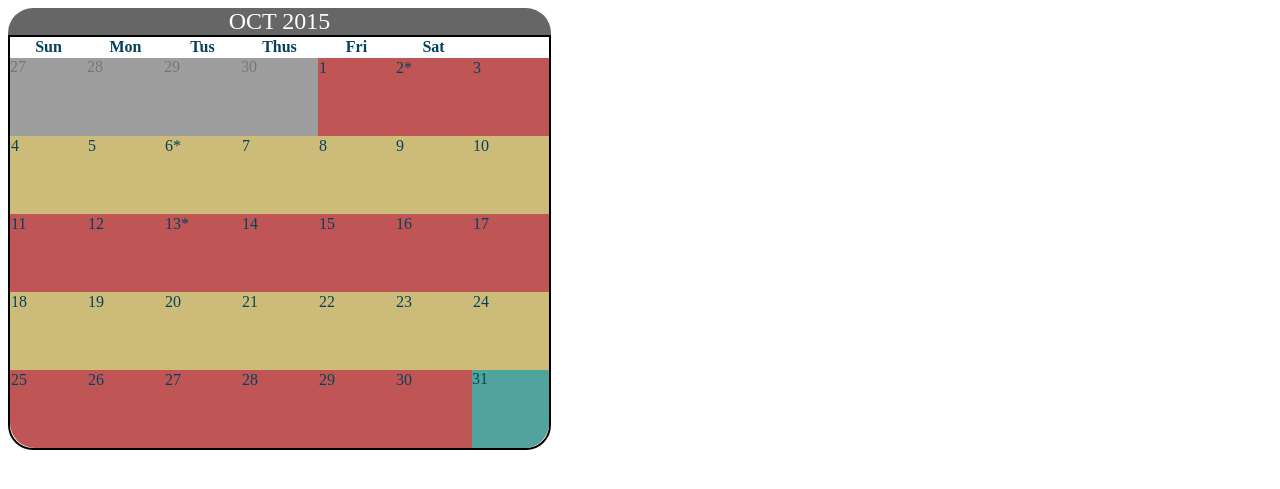
Repository: Tram-anh99/Blockchain_Funix
Page: CSS/lich.html
An editor plug-in stored every save of this project. The page is shown before and after the next save, followed by the edit.
The browser window is 1280 px wide. The pictures show the whole page.
Pictures or frames that could not be fetched are drawn as grey boxes.

Above is the page before, as saved 2023-02-28 01:45:39.

### CSS/lich.html
<!DOCTYPE html>
<html lang="en">
<head>
      <meta charset="UTF-8">
      <meta http-equiv="X-UA-Compatible" content="IE=edge">
      <meta name="viewport" content="width=device-width, initial-scale=1.0">
      <title>Calendar Table</title>
      <link rel="stylesheet" href="lich.css">
</head>
<body>
      <table class="cal"><caption>
            Oct 2015
      </caption>
      <!-- in đậm dòng -->
<thead>
      <!-- Dòng -->
      <tr>
            <th>Sun</th>
            <th>Mon</th>
            <th>Tus</th>
            <th>Thus</th>
            <th>Fri</th>
            <th>Sat</th>
      </tr>
</thead>
<!-- Phần thân -->
<tbody>
      <!-- Dòng -->
      <tr>
            <td class="old">27</td>
            <td class="old">28</td>
            <td class="old">29</td>
            <td class="old">30</td>
            <td>1</td>
            <td>2*<span>Lunch with mom</span></td>
            <td>3</td>
      </tr>
      <tr>
            <td>4</td>
            <td>5</td>
            <td>6*<span>Meet with Dean</span></td>
            <td>7</td>
            <td>8</td>
            <td>9</td>
            <td>10</td>
      </tr>
      <tr>
            <td>11</td>
            <td>12</td>
            <td>13*<span>Library Helper!</span></td>
            <td>14</td>
            <td>15</td>
            <td>16</td>
            <td>17</td>
      </tr>
      <tr>
            <td>18</td>
            <td>19</td>
            <td>20</td>
            <td>21</td>
            <td>22</td>
            <td>23</td>
            <td>24</td>
      </tr>
      <tr>
            <td>25</td>
            <td>26</td>
            <td>27</td>
            <td>28</td>
            <td>29</td>
            <td>30</td>
            <td class="holiday">31 <span>BOO! <br/>Halloween
            </span></td>
      </tr>

</tbody>
</table>
</body>
</html>

### CSS/lich.css
.cal {
      color: #06425C;
      border-spacing: 0;
      border: 2px solid black;
      -webkit-border-radius: 25px 25px 0 0;
      border-radius: 0 0 25px 25px;
}

tr:nth-child(odd) {
	background: #c05555;
}
tr:nth-child(even) {
	background: #CDBB79;
}
tr:last-child{
	-webkit-border-radius: 25px 25px 0 0;
	border-radius: 0 0 25px 25px;
}
tr:last-child>td:first-child {
	-webkit-border-radius: 0 0 0 25px;
	border-radius: 0 0 0 25px;
}

tr:last-child>td:last-child{
	-webkit-border-radius: 0 0 25px 0;
	border-radius: 0 0 25px 0;
}

/*Format the caption
Use border-radius for just some corners*/
.cal caption{
	text-transform: uppercase;
	background-color: #666666;
	color:#ffffff;
	font-size: 150%;
	-webkit-border-radius: 25px 25px 0 0;
	border-radius: 25px 25px 0 0;
}

/*Format common heading and element attributes*/
.cal th, .cal td{
	margin: 2px;
	padding-bottom: 2px;
}

/*Format the table headings*/
th{
	text-align: center;
	background: #FFFFFF;
}

/*Set the size and alignment for elements*/
.cal td{
	width:75px;
	height:75px;
	vertical-align:top;

}

/*Format any holidays*/
.holiday{
	margin:0;
	padding:0;
	background-color: #51A39D;
}

/*Use a background image*/
.old{
	padding:0;
	margin: 0;
	background-color: #51A39D;
	color:rgba(0,0,0,.25);
  background: url("https://s3-us-west-2.amazonaws.com/s.cdpn.io/389177/holiday.png") no-repeat;
  border-spacing: 0;

  /*This is the code used in the example*/
/*	background: url("../imgs/holiday.png") no-repeat;
*/
}

/*By default, hide the appointments*/
span{
	display: block;
	text-align: center;
	color: #800000;
	visibility: hidden;
}

/*Show the appointments when the date is clicked on*/
td:active>span{
	visibility:visible;
}

After the next save:
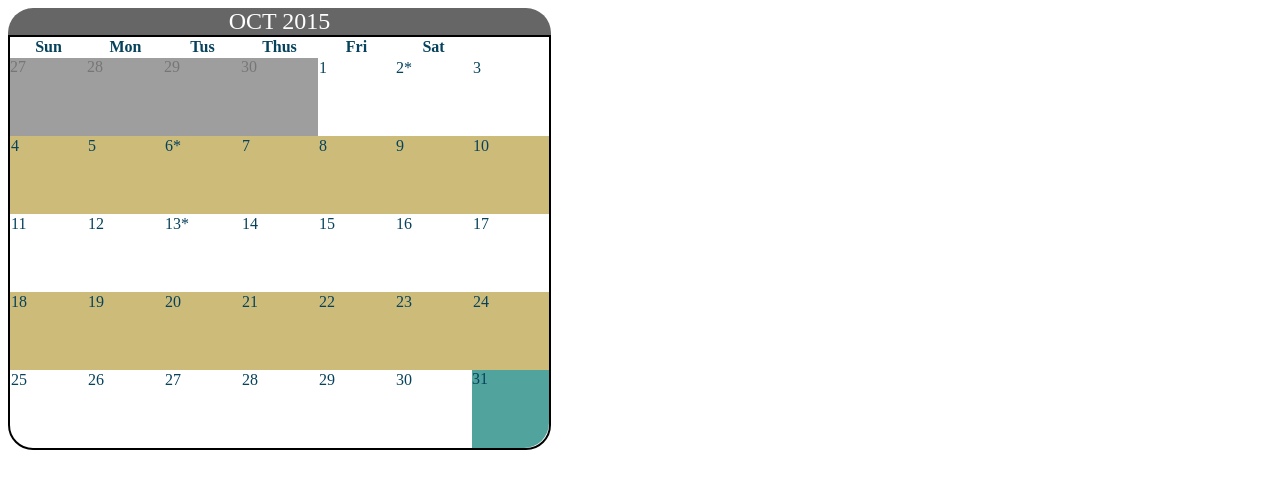
Saved 5 s later.
--- a/CSS/lich.css
+++ b/CSS/lich.css
@@ -5,7 +5,7 @@
       -webkit-border-radius: 25px 25px 0 0;
       border-radius: 0 0 25px 25px;
 }
-
+ChaBỬ
 tr:nth-child(odd) {
 	background: #c05555;
 }

After the 3 saves that followed:
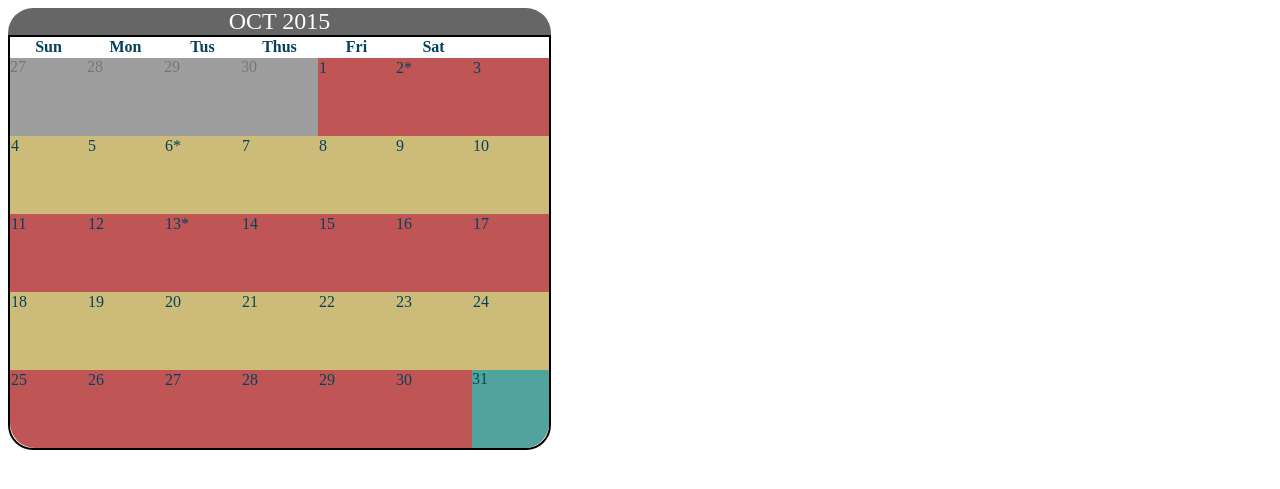
The 3 saves are shown as one change because 2 left the picture as it was.
The last was saved 13 s later.
--- a/CSS/lich.css
+++ b/CSS/lich.css
@@ -5,7 +5,7 @@
       -webkit-border-radius: 25px 25px 0 0;
       border-radius: 0 0 25px 25px;
 }
-ChaBỬ
+/* Chẳn */
 tr:nth-child(odd) {
 	background: #c05555;
 }
